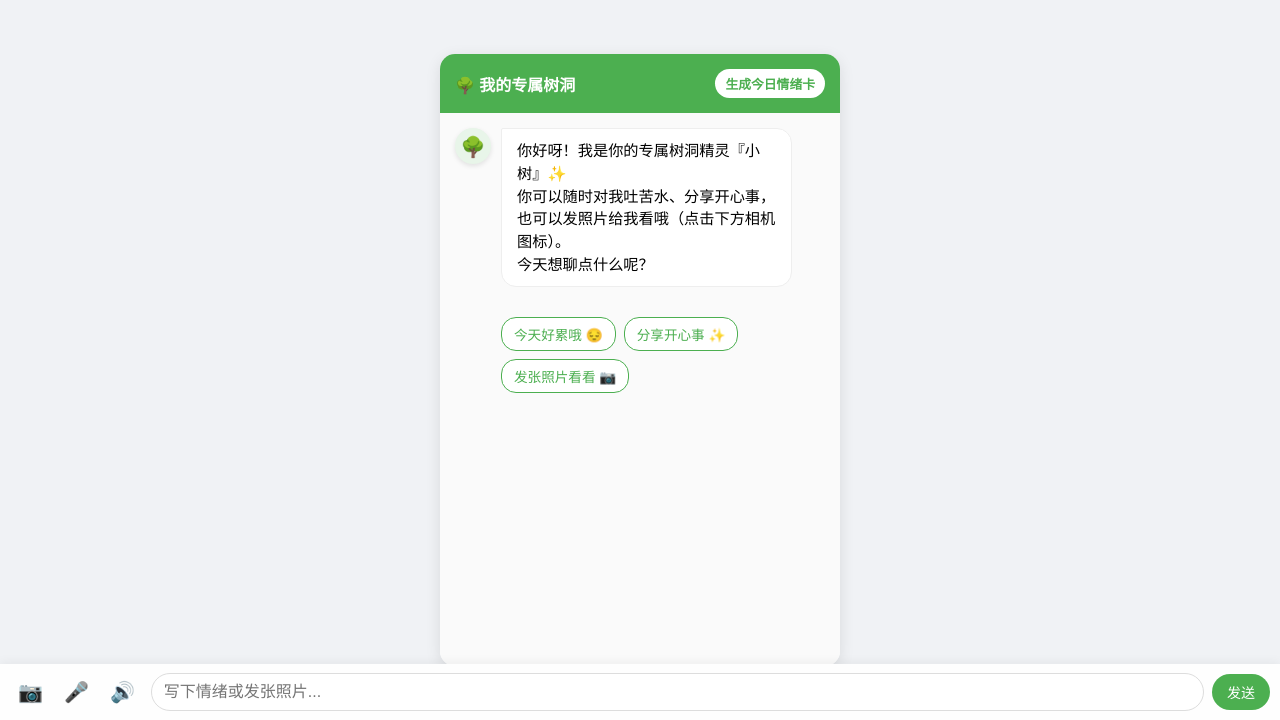
Repository: QinghuaSun1127/Tree_house
Page: index.html
These files come from the project's save history. The page is drawn as it stood at one moment and after the next save; the edit follows.
The browser window is 1280 px wide. The pictures show the whole page.
Some web libraries are served in a nearby version.

Above is the page before, as saved 2026-04-10 21:21:04.

After the next save:
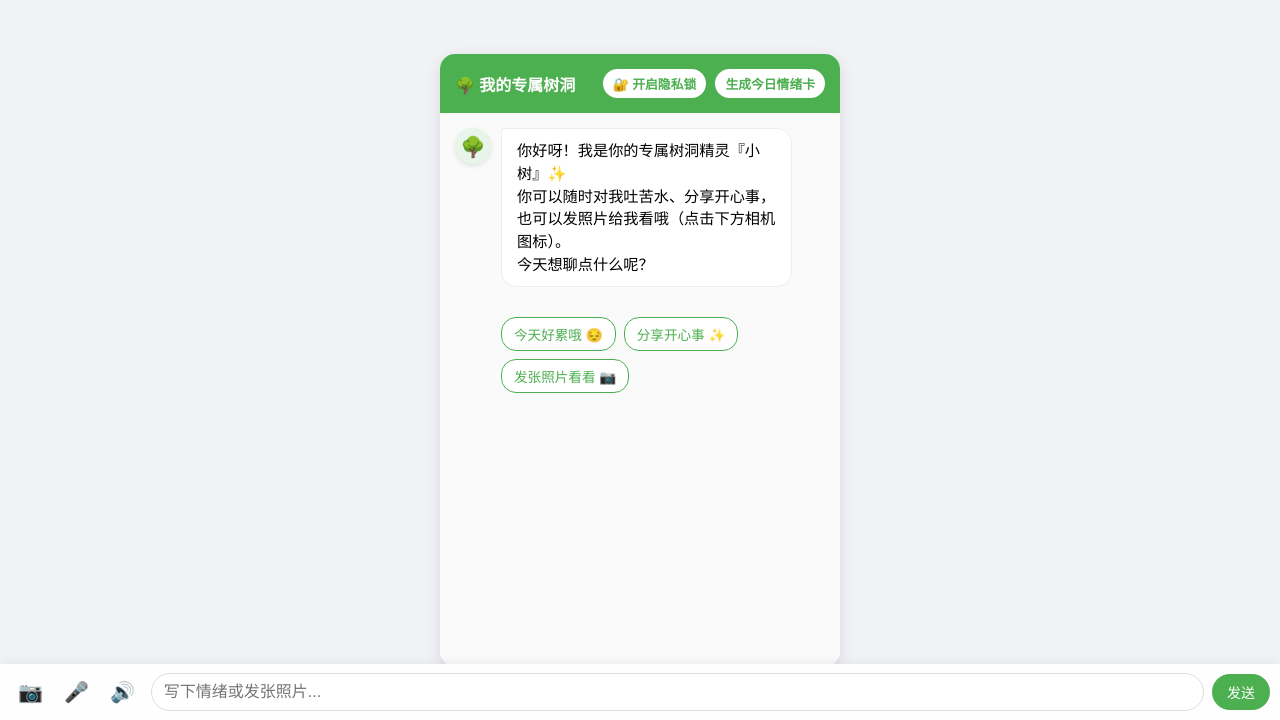
Saved 11 min 39 s later.
--- a/index.html
+++ b/index.html
@@ -264,7 +264,10 @@
     <div class="chat-container">
         <div class="chat-header">
             <span>🌳 我的专属树洞</span>
-            <button class="summary-btn" onclick="getSummary()">生成今日情绪卡</button>
+            <div>
+                <button class="summary-btn" id="lockBtn" style="margin-right: 5px;" onclick="initSecurity()">🔐 开启隐私锁</button>
+                <button class="summary-btn" onclick="getSummary()">生成今日情绪卡</button>
+            </div>
         </div>
 
         <div class="chat-box" id="chatBox">
